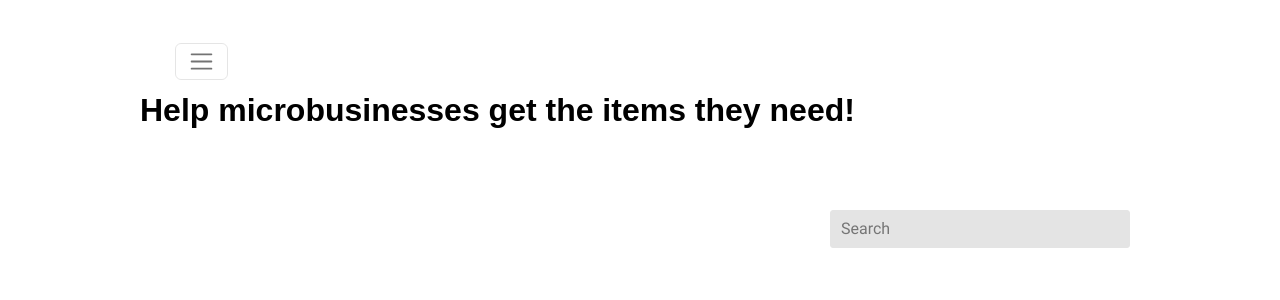
Repository: David-Waite/edableStyleChanges
Page: /
These files come from the project's save history. The page is drawn as it stood at one moment and after the next save; the edit follows.
The browser window is 1280 px wide. The pictures show the whole page.
The project was rebuilt for these pictures with package versions that can differ from the ones it lists, and the page was loaded fresh each time. Also part of the build but not shown: src/components/Item/ProgressBar.css, src/components/Volunteer/Volunteer.tsx, src/components/DonorForm/Message.css, src/components/Volunteer/VolunteerError.tsx, src/components/Default.tsx, src/components/DonorForm/Paypal.tsx, src/components/DonorForm/DonorForm.tsx, src/components/Organisation/Organisation.module.css and 9 more.

Above is the page before, as saved 2022-10-27 17:39:21.

### public/index.html
<!DOCTYPE html>
<html lang="en">
  <head>
    <meta charset="utf-8" />
    <link rel="icon" href="%PUBLIC_URL%/favicon.ico" />
    <meta name="viewport" content="width=device-width, initial-scale=1" />
    <meta name="theme-color" content="#000000" />
    <meta name="description" content="EdAble Donations System" />
    <link rel="apple-touch-icon" href="%PUBLIC_URL%/logo192.png" />
    <link rel="manifest" href="%PUBLIC_URL%/manifest.json" />
    <link
      rel="stylesheet"
      href="https://cdn.jsdelivr.net/npm/bootstrap@5.2.0-beta1/dist/css/bootstrap.min.css"
      integrity="sha384-0evHe/X+R7YkIZDRvuzKMRqM+OrBnVFBL6DOitfPri4tjfHxaWutUpFmBp4vmVor"
      crossorigin="anonymous"
    />
    <title>EdAble Donations</title>
  </head>
  <body>
    <noscript>You need to enable JavaScript to run this app.</noscript>
    <div id="root"></div>
  </body>
  <script src="./iframeResizer.contentWindow.min.js"></script>
</html>

### src/index.tsx
import React from 'react';
import ReactDOM from 'react-dom/client';
import './index.css';
import App from './App';
import reportWebVitals from './reportWebVitals';
import './fonts/Roboto/Roboto-Medium.ttf';
import './fonts/Lora/Lora-VariableFont_wght.ttf';

const root = ReactDOM.createRoot(
  document.getElementById('root') as HTMLElement
);
root.render(
  <React.StrictMode>
    <App />
  </React.StrictMode>
);

// If you want to start measuring performance in your app, pass a function
// to log results (for example: reportWebVitals(console.log))
// or send to an analytics endpoint. Learn more: https://bit.ly/CRA-vitals
reportWebVitals();

### src/index.css
body {
  margin: 0;
  -webkit-font-smoothing: antialiased;
  -moz-osx-font-smoothing: grayscale;
}

code {
  font-family: source-code-pro, Menlo, Monaco, Consolas, "Courier New",
    monospace;
}

* {
  box-sizing: border-box;
}

#page-wrap {
  padding-bottom: 10px;
  padding-top: 10px;
}
@font-face {
  font-family: "Roboto";
  src: local("Roboto"),
    url("./fonts/Roboto/Roboto-Medium.ttf") format("truetype");
}

@font-face {
  font-family: "Lora";
  src: local("Lora"),
    url("./fonts/Lora/Lora-VariableFont_wght.ttf") format("truetype");
}


h1 {
  font-family: "Roboto";
  font-style: normal;
  font-weight: 700;
  font-size: 52px;
  line-height: 64px;
  /* identical to box height, or 123% */
  color: #000000;
}


h2 {
  font-family: "Lora";
  font-style: normal;
  font-weight: 700;
  font-size: 47px;
  line-height: 60px;
  /* identical to box height, or 128% */
  color: #f1f1f1;
}

h3 {
  font-family: "Lora";
  font-style: normal;
  font-weight: 700;
  font-size: 40px;
  line-height: 51px;
  color: #c4c4c4;
}

h4 {
  font-family: "Roboto";
  font-style: normal;
  font-weight: 700;
  font-size: 35px;
  line-height: 43px;
  /* identical to box height, or 123% */
  letter-spacing: 0.02em;
  color: #000000;
}

h5 {
  font-family: "Roboto";
  font-style: normal;
  font-weight: 700;
  font-size: 28px;
  line-height: 44px;
  /* identical to box height, or 157% */
  color: #000000;
}

h6 {
  font-family: "Roboto";
  font-style: normal;
  font-weight: 700;
  font-size: 21px;
  line-height: 25px;
  /* identical to box height */
  color: #000000;
}

body {
  font-family: "Roboto";
  font-style: normal;
  font-weight: 400;
  font-size: 21px;
  line-height: 32px;
  /* identical to box height, or 152% */
  color: #000000;
}

### src/App.tsx
import React from "react";
import "./App.css";
import { BrowserRouter, Routes, Route } from "react-router-dom";

import { PayPalScriptProvider } from "@paypal/react-paypal-js";
import Base from "./components/Base";
import Landing from "./components/Landing/Landing";
import Volunteer from "./components/Volunteer/Volunteer";
import VolunteerError from "./components/Volunteer/VolunteerError";
import Default from "./components/Default";
import Organisation from "./components/Organisation/Organisation";
import ItemPage from "./components/Item/ItemPage";
import Success from "./components/DonorForm/Success";
import Cancel from "./components/DonorForm/Cancel";
import PastDonations from "./components/DonorForm/PastDonations";
import PastItemDonations from "./components/DonorForm/PastItemDonations";
import DonateTime from "./components/Volunteer/DonateTime";

function App() {
  return (
    <PayPalScriptProvider
      options={{
        "client-id":
        process.env.REACT_APP_PAYPAL_CLIENT_ID||"ATT3Tn46NrmHggGqVC4mzWOZWlnbp2ID9DA0yQnhsgqPFIVPPlLhfSI_-atbZc3aN7n_k7wUVTyQJMnI",
        currency: "AUD",
      }}
    >
      <BrowserRouter>
        <Routes>
          <Route path="/" element={<Base />}>
            <Route path="/" element={<Landing />} />
            <Route path="volunteer" element={<Volunteer />} />
            <Route path="success" element={<Success />} />
            <Route path="organisation/:orgId" element={<Organisation />} />
            <Route path="cancel/:orgId" element={<Cancel />} />
            <Route path="volunteererror/:orgId" element={<VolunteerError />} />
            <Route path="organisation/:orgId" element={<PastDonations />} />
            <Route path="item/:orgID/:itemID" element={<ItemPage />} />
            <Route path="item/:orgID/:itemID" element={<PastItemDonations />} />
            <Route path="volunteer/organisation/:orgId" element={<DonateTime />} />
            <Route path="volunteer/success" element={<Success />} />

            {/* Using path="*"" means "match anything", so this route
                acts like a catch-all for URLs that we don't have explicit
              routes for. */}
            <Route path="*" element={<Default />} />
          </Route>
        </Routes>
      </BrowserRouter>
    </PayPalScriptProvider>
  );
}

export default App;

### src/App.css
.App {
  text-align: center;
}

.App-logo {
  height: 40vmin;
  pointer-events: none;
}

@media (prefers-reduced-motion: no-preference) {
  .App-logo {
    animation: App-logo-spin infinite 20s linear;
  }
}

.App-header {
  background-color: #282c34;
  min-height: 100vh;
  display: flex;
  flex-direction: column;
  align-items: center;
  justify-content: center;
  font-size: calc(10px + 2vmin);
  color: white;
}

.App-link {
  color: #61dafb;
}

@keyframes App-logo-spin {
  from {
    transform: rotate(0deg);
  }
  to {
    transform: rotate(360deg);
  }
}

.font-face-rob {
  font-family: "Roboto";
}

.font-face-lora {
  font-family: "Lora";
}

### src/components/Base.tsx
import { Outlet } from 'react-router-dom';

function BasePage() {
  return (
    <>
      {/* An <Outlet> renders whatever child route is currently active,
          so you can think about this <Outlet> as a placeholder for
        the child routes we defined above. */}
      <Outlet/>
    </>
  );
}

export default BasePage;

### src/components/Landing/Landing.tsx
import { useEffect, useState } from "react";
import "./Landing.css";
import { Link } from "react-router-dom";
import { db } from "../../config/firebase";
import { collection, query, onSnapshot, where } from "firebase/firestore";
import { Button, Container, Carousel, Row, Col } from "react-bootstrap";
import { ReactComponent as InclusionHero } from "./InclusionHero.svg";

import Sidebar from "./Sidebar";
import ItemsCollection from "./ItemsCollection";
import Organisation from "../Organisation/Organisation";

function Landing() {
  const [orgList, setOrgList] = useState<any>([]);

  // gets all the orgs from dbs
  useEffect(() => {
    const q = query(
      collection(db, "Organisations"),
      where("activeStatus", "==", true)
    );
    onSnapshot(q, (querySnapshot) => {
      // setOrgList dumps all the orgs in orgList
      setOrgList(
        querySnapshot.docs.map((doc) => ({
          id: doc.id,
          data: doc.data(),
        }))
      );
    });
  }, []);

  useEffect(() => {
    window.scrollTo(0, 0);
  }, []);

  return (
    //   these lines set up the format of the page
    <>
      <div className="landing">
        {/* Burger menu */}
        <div className="navBarContainer">
          <Sidebar orgList={orgList} />
        </div>

        <div className="App" id="outer-container">
          {/* Carousel */}
          <Container>
            <Row>
              <Col>
                <div className="carouselContainer">
                  <Carousel
                    touch={true}
                    interval={4000}
                    indicators={true}
                    variant="light"
                  >
                    {orgList.map((org: any) => (
                      <Carousel.Item
                        key={org.id.toString()}
                        style={{
                          textAlign: "left",
                        }}
                      >
                        <Link
                          to={`organisation/${org.id}`}
                          style={{
                            textDecoration: "none",
                            color: "black",
                          }}
                        >
                          {/* this div contains the carousel item's contents and makes the whole carousel item a link (based on link tag above) */}
                          <div
                            className="carousel-contents"
                            style={{ backgroundImage: `url(${org.data.img})` }}
                          >
                            <h2 className="title">{org.data.name}</h2>
                            <div className="carousel-contents-bottom">
                              <p className="orgSummary">{org.data.summary}</p>
                              <Button
                                className="btnContribute"
                                variant="warning"
                              >
                                <div>
                                  CONTRIBUTE TO
                                  <span>{org.data.name.toUpperCase()}</span>!
                                </div>
                              </Button>
                            </div>
                          </div>
                        </Link>
                      </Carousel.Item>
                    ))}
                  </Carousel>
                </div>
              </Col>
            </Row>
          </Container>
        </div>

        <ItemsCollection orgList={orgList} />
      </div>
    </>
  );
}

export default Landing;

### src/components/Landing/Landing.css
.carousel-control-next,
.carousel-control-prev {
  width: 10%;
}

/* .landing {
  background-color: #ffffd9;
} */

.landing {
  max-width: 1000px;
  padding-top: 20px;
  margin: 0 auto 90px;
}

.title {
  font-size: 33px;
  font-family: sans-serif;
  height: auto;
  margin-bottom: 0px;
}

.header {
  /* margin-top: 15px;
  margin-left: 20px;
  margin-right: 20px; */
  padding-left: 3vw;
  padding-right: 3vw;
  /* padding-bottom: 20px; */
  padding-top: 3vh;
  background-color: black;
}

.star {
  height: 200px;
  width: 400px;
  display: block;
  margin: auto;
}

.col {
  padding: 0;
}

@media screen and (min-width: 100px) {
  h1 {
    font-size: calc(20px + 8vw);
  }

  h3 {
    font-size: calc(15px + 0.8vw);
  }

  p {
    font-size: calc(8px + 1vw);
    font-weight: 250;
  }
}

.navBarContainer {
  margin-left: 30px;
  margin-top: 10px;
  position: absolute;
  color: white;
}

.carousel {
  /* margin: 3px; */
  /* border-radius: 30px; */

  color: white;
  /* height: ; */
}

.carousel-contents {
  display: flex;

  flex-direction: column;
  justify-content: flex-end;

  padding: 10px 25px;
  color: white;
  height: 500px;
}

.carousel-indicators {
  margin-bottom: 10px;
}

.carousel-contents-bottom {
  display: flex;
  align-items: center;
  justify-content: space-between;
  gap: 20px;

  margin-bottom: 30px;
}

.btnContribute {
  background-color: #e50040;
  color: white;
  border: none;
  border-radius: 3px;
  padding: 10px 15px;
}

.btnContribute span {
  margin-left: 3px;
  font-size: 16px;
  font-weight: 400;
  color: white;
}

.btnContribute div {
  width: 300px;
  font-size: 16px;
  font-weight: 400;
  margin: 0;
}

.btnContribute:hover {
  background-color: #d4033e;
  color: white;
}

.orgSummary {
  font-size: 16px;
  line-height: 25px;
}

.imgCarousel {
  width: 100%;
  height: 600px;
}
@media screen and (max-width: 770px) {
  .btnContribute {
    font-size: 17px;
    color: white;
  }
  .btn {
    --bs-btn-line-height: 1.75;
  }
}

@media screen and (max-width: 500px) {
  .star {
    height: 150px;
    width: 300px;
  }
  .btnContribute {
    font-size: 15px;
  }
}
@media screen and (max-width: 400px) {
  .btnContribute {
    font-size: 13px;
  }
  .btn {
    --bs-btn-line-height: 1;
  }
}
@media screen and (max-width: 340px) {
  .star {
    height: 100px;
    width: 200px;
  }
  h2 {
    font-size: 20px;
  }
  .orgSummary {
    font-size: 15px;
  }
  .imgCarousel {
    width: 150px;
    height: 150px;
  }
}
@media screen and (max-width: 340px) {
  .navBarContainer {
    margin-left: 20px;
  }
}

/* #carousel-indicators {
    color:rgb(17, 0, 61)
} */

/* Button {
  font-size: x-small;




   <img
                              className="imgCarousel"
                              src={org.data.img}
                              alt={`${org.data.name}` + "'s logo"}
                            />
} */

### src/config/firebase.js
import { initializeApp } from "firebase/app";
import { getFirestore } from "firebase/firestore";
import { initializeAppCheck, ReCaptchaV3Provider } from "firebase/app-check";

const firebaseConfig = {
  apiKey: "AIzaSyDs6EtNxxw7Q9vqGTd9EFzCkpK4aQ9u_dY",
  authDomain: "edable-swinburne.firebaseapp.com",
  projectId: "edable-swinburne",
  storageBucket: "edable-swinburne.appspot.com",
  messagingSenderId: "217658206897",
  appId: "1:217658206897:web:529a69fce1bf349d7ad090",
  measurementId: "G-2R2MP9QZ9F",
};

// Initialize Firebase
const app = initializeApp(firebaseConfig);
const db = getFirestore(app);

// app check
const appCheck = initializeAppCheck(app, {
  provider: new ReCaptchaV3Provider("6LcACHkiAAAAAI-dIVsdXLO9-vrCICsqM5sRRjbJ"),
  isTokenAutoRefreshEnabled: true,
});

export { db };

### src/components/Landing/Sidebar.tsx
import { useState, useEffect } from "react";
import { query, onSnapshot, collection, where } from "firebase/firestore";
import { db } from "../../config/firebase";
import { Link } from "react-router-dom";
import Navbar from "react-bootstrap/Navbar";
import Offcanvas from "react-bootstrap/Offcanvas";

type SidemenuProps = {
  pageWrapId: string;
  outerContainerId: string;
};

function Sidebar(props: any) {
  const [search, setSearch] = useState<string>("");

  const handleChange = (e: React.ChangeEvent<HTMLInputElement>) => {
    setSearch(e.target.value);
  };

  const filteredOrganisations = props.orgList.filter((Organisations: any) =>
    Organisations.data.name.toLowerCase().includes(search.toLowerCase())
  );
  return (
    <>
      <Navbar expand={false}>
        <Navbar.Toggle aria-controls={`offcanvasNavbar-expand`} />
        <Navbar.Offcanvas
          id={`offcanvasNavbar-expand`}
          aria-labelledby={`offcanvasNavbarLabel-expand`}
        >
          <Offcanvas.Header closeButton>
            <Offcanvas.Title
              id={`offcanvasNavbarLabel-expand`}
              style={{
                fontSize: "20px",
              }}
            >
              Social-enterprises supported by EdAble
            </Offcanvas.Title>
          </Offcanvas.Header>
          <Offcanvas.Body>
            <input type="text" onChange={handleChange} placeholder="Search" />
            {filteredOrganisations.map((Organisation: any) => (
              <Link
                style={{
                  textDecoration: "none",
                  color: "black",
                }}
                to={`organisation/${Organisation.id}`}
                key={Organisation.id}
              >
                <br />
                <div>{Organisation.data.name}</div>
              </Link>
            ))}
          </Offcanvas.Body>
        </Navbar.Offcanvas>
      </Navbar>
    </>
  );
}

export default Sidebar;

### src/components/Landing/ItemsCollection.tsx
import { useState, useEffect } from "react";
import {
  collectionGroup,
  query,
  onSnapshot,
  collection,
  where,
  getDocs,
} from "firebase/firestore";
import { db } from "../../config/firebase";
import Card from "react-bootstrap/Card";
import ProgressBar from "react-bootstrap/ProgressBar";
import { Link } from "react-router-dom";
import styles from "./ItemsCollection.module.css";
import "../Item/ProgressBar.css";

function ItemsCollection(props: any) {
  const [itemList, setItemList] = useState<any>([]);
  const [search, setSearch] = useState<string>("");

  useEffect(() => {
    const q = query(
      collectionGroup(db, "Items"),
      where("activeStatus", "==", true)
    );

    onSnapshot(q, async (querySnapshot) => {
      setItemList(
        querySnapshot.docs.map((doc) => ({
          id: doc.id,
          data: doc.data(),
          parentDoc: doc.ref.parent.parent?.id,
        }))
      );
    });
  }, []);

  function mergeLists() {
    const mergeList: any = [];
    itemList.map((item: any) => {
      props.orgList.map((org: any) => {
        if (item.parentDoc === org.id) {
          if (item.data.activeStatus === true) {
            mergeList.push({
              ...item,
              orgName: org.data.name,
              orgActiveStatus: org.data.activeStatus,
            });
          }
        }
      });
    });
    return mergeList;
  }

  const mergeList = mergeLists();

  const handleChange = (e: React.ChangeEvent<HTMLInputElement>) => {
    setSearch(e.target.value);
  };
  const filteredItems = mergeList.filter((item: any) =>
    item.data.name.toLowerCase().includes(search.toLowerCase())
  );
  return (
    <>
      <div className={styles.containerDiv}>
        <h2 className={styles.title}>
          Help microbusinesses get the items they need!
        </h2>
        <div
          className={styles.searchBar}
          style={{
            borderRadius: "3px",
            display: "flex",
            alignItems: "right",
            justifyContent: "right",
          }}
        >
          <input
            style={{ fontSize: "16px" }}
            className={styles.input}
            type="text"
            onChange={handleChange}
            placeholder="Search"
          />
        </div>

        <div className={styles.cardParentDiv}>
          {filteredItems.map((item: any) => (
            <div key={item.id.toString()} className={styles.cards}>
              <img src={item.data.img} alt={`Image of  ${item.data.name}`} />
              <div className={styles.cardBody}>
                <div>
                  <h3 className={styles.cardTitle}>
                    {item.orgName}:
                    <br />
                    <span>{item.data.name}</span>
                  </h3>

                  <p className={styles.cardDes}>{item.data.summary}</p>
                </div>

                <div className={styles.bottomHalfCard}>
                  <ProgressBar
                    striped
                    now={
                      item.data.totalDonationsValue
                        ? (item.data.totalDonationsValue /
                            item.data.initialPrice) *
                          100
                        : 0
                    }
                    label={`${Math.round(
                      (item.data.totalDonationsValue / item.data.initialPrice) *
                        100
                    )}%`}
                  />
                  <Link
                    style={{
                      textDecoration: "none",
                      color: "black",
                    }}
                    to={`item/${item.parentDoc}/${item.id}`}
                  >
                    <div className={styles.btn}>DONATE NOW!</div>
                  </Link>
                </div>
              </div>
            </div>
          ))}
        </div>
      </div>
    </>
  );
}

export default ItemsCollection;

### src/components/Landing/ItemsCollection.module.css
.containerDiv {
  /* background-color: rgb(212, 238, 249); */
  border-radius: 40px;
}

.searchBar {
  border-radius: 3px !important;
  padding: 0;
}
.title {
  font-size: 32px;
  color: black;
  font-family: sans-serif;
  margin-top: 60px;
  margin-bottom: 60px;
}

.input {
  margin: 10px;
  width: 300px;
  border-radius: 3px;
  padding: 2px 10px;
}

.cardParentDiv {
  display: grid;
  grid-template-columns: 1fr 1fr 1fr;
  gap: 30px;
}

.bottomHalfCard {
  align-self: end;
}
.cardParentDiv img {
  width: 100%;
  height: 180px;
  object-fit: cover;
  padding: 0;
  margin: 0;
}

.cardTitle {
  font-size: 18px;
  color: black;
  font-family: sans-serif;
  height: auto;
  line-height: 25px;
}

.cardTitle span {
  color: #e50040;
}

.cardDes {
  height: 60px;
  margin-top: 0px;
  color: rgb(29, 29, 29);
  font-size: 16px;
  letter-spacing: 0.1px;
  line-height: 16px;
  font-weight: 400;
}

.btn {
  text-decoration: none;
  color: white;
  display: flex;
  align-items: center;
  justify-content: center;
  height: 40px;
  margin-top: 10px;
  margin-bottom: -15px;
  text-align: center;
  border-radius: 3px;
  font-size: 16px;
  font-weight: 400;

  background-color: #5e17a9;
}

.cardBody {
  padding: 10px 10px 30px 10px;
}

.cards {
  border-radius: 3px;
  border: none;
  background-color: #f4f4f4;
}

@media (max-width: 1200px) {
  .cards {
    flex: 25%;
  }
}
@media (max-width: 1000px) {
  .cards {
    flex: 42%;
  }
  .input {
    width: 30%;
  }
}
@media (max-width: 768px) {
  .cards {
    flex: 75%;
  }
  .input {
    width: 50%;
  }
}
@media (max-width: 630px) {
  .cards {
    flex: 100%;
  }
  .input {
    width: 70%;
  }
}
@media (max-width: 500px) {
  .input {
    width: 100%;
  }
  .containerDiv {
    padding: 15px;
  }
  .cards {
    margin-left: 0px;
    margin-right: 0px;
    box-shadow: 4px 4px 13px -4px #3f3f3f;
  }
  .itemImg {
    width: 175px;
    height: 175px;
  }
}

### src/components/DonorForm/DonorForm.css
.donorInfoContainer, .VolunteerInfoContainer {
  border-radius: 10px;
  border: 1px solid rgb(215, 215, 215);
  padding: 30px;
  min-width: 500px;
  max-width: 60%;
  background-color: white;
  display: flex;
  justify-content: center;
}

.presetButtons {
  display: flex;
  align-items: center;
  justify-content: center;
}

label {
  font-size: small;
  color: rgb(46, 46, 46);
}

input, select {
  display: block;
  box-sizing: border-box;
  width: 100%;
  border-radius: 3px;
  border: 1px solid #e4e4e4;
  padding: 10px 10px;
  margin-bottom: 1px;
  font-size: 12px;
  background-color: #e4e4e4;
}

span {
  font-size: large;
  color: red;
}

.proceedPayBtn {
  color: white;
  background-color: #FF7000;
  border-color: #FF7000;
}

button {
  border-radius: 4px;
  border: 1px solid rgb(215, 215, 215);
  padding: 5px 10px;
  font-size: 14px;
  margin: 5px;
  color:white;
  background-color: #FF7000;
  border-color: #FF7000;
}

button[type='submit'],
input[type='submit'] {
  background: #ec598f;
  color: white;
  text-transform: uppercase;
  border: none;
  margin-top: 40px;
  padding: 10px;
  font-size: 16px;
  font-weight: 400;
  letter-spacing: 10px;
}

button[type='submit']:hover,
input[type='submit']:hover {
  background: #bf1650;
}

@media screen and (max-width: 630px) {
  .donorInfoContainer, .VolunteerInfoContainer{
    width: calc(100vw - 30px);
    min-width:0px;
    max-width: 100%;
  }
}
@media screen and (max-width: 310px) {
  .donorInfoContainer, .VolunteerInfoContainer{
    padding:10px;
    padding-top: 30px;
  }
}
/* .volunteerOrgInfo{
  display: none;
} */
.DOB{
  display: block;
}
/* #isOrg:checked + .volunteerOrgInfo {
  display: block;
} */
#isOrg:checked ~ .DOB {
  display: none;
}

Loaded but not shown: src/reportWebVitals.ts (common file); public/iframeResizer.contentWindow.min.js (library)

After the next save:
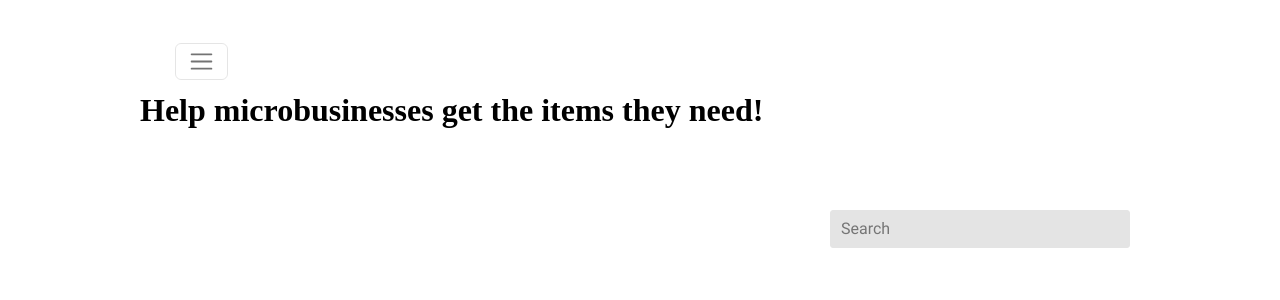
Saved 2 min 1 s later.
--- a/src/components/Landing/ItemsCollection.module.css
+++ b/src/components/Landing/ItemsCollection.module.css
@@ -10,7 +10,7 @@
 .title {
   font-size: 32px;
   color: black;
-  font-family: sans-serif;
+  font-family: "black_stonealternative";
   margin-top: 60px;
   margin-bottom: 60px;
 }
